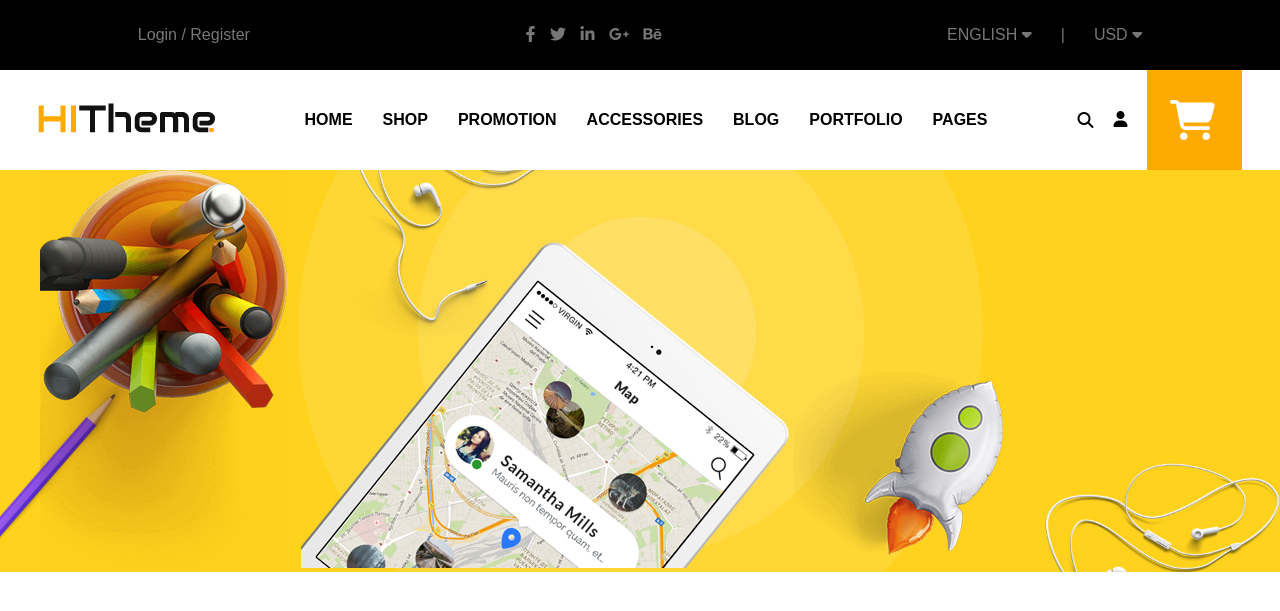
Repository: Thach1311/DU-AN-WEB-BAN-HANG-
Page: index1.html
An editor plug-in stored every save of this project. The page is shown before and after the next save, followed by the edit.
The browser window is 1280 px wide. The pictures show the whole page.

Above is the page before, as saved 2023-02-23 17:25:32.

After the next save:
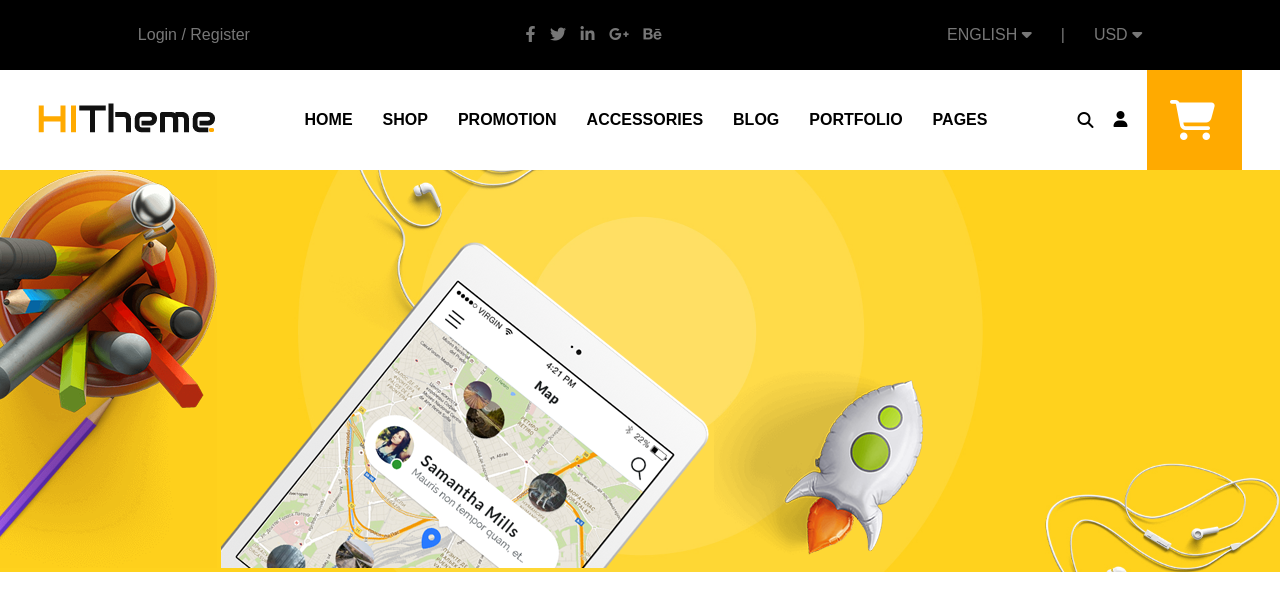
Saved 21 s later.
--- a/CSS/style1.css
+++ b/CSS/style1.css
@@ -629,11 +629,11 @@
 
 @keyframes go {
     from {
-        margin-right: 50px;
+        margin-left: 50px;
 
     }
     to{
-        margin-left: 50px;
+        margin-left: -50px;
 
     }
 }
